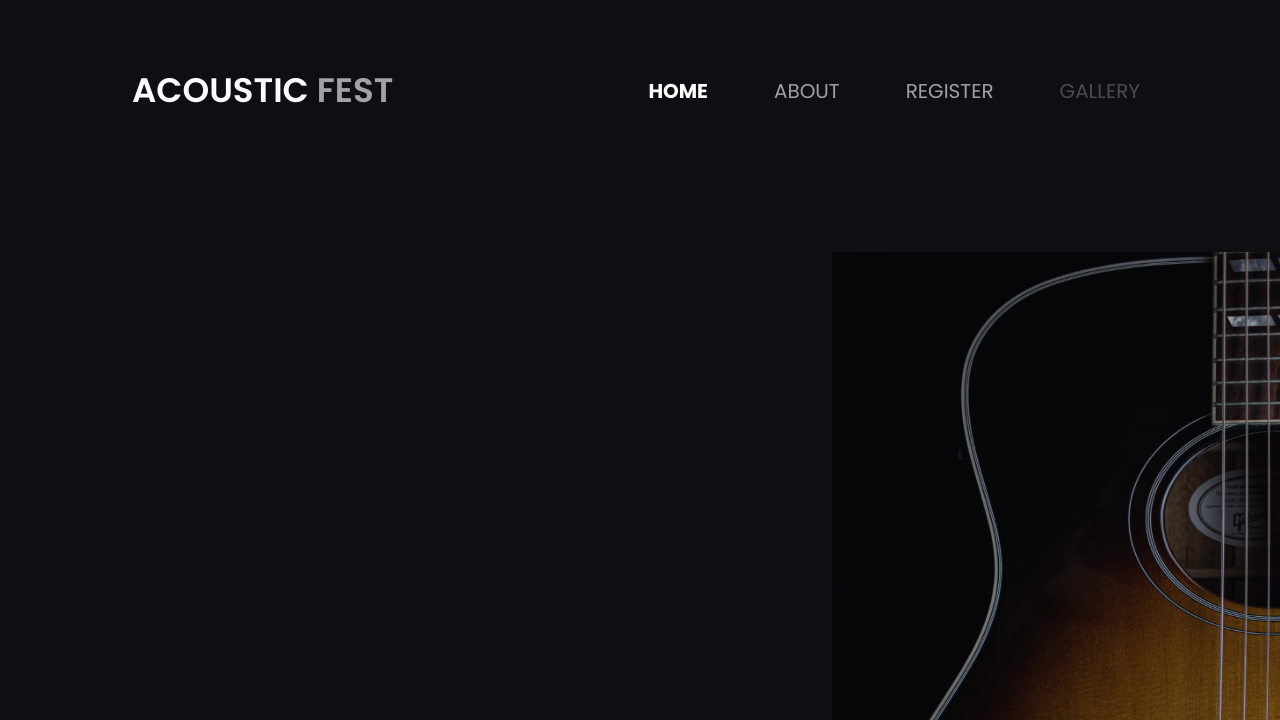
Repository: piyushiso/piyushiso.github.io
Page: event/acousticfest/index.html
The author's editor kept a copy of each file at every save. The page is drawn from the files as they stood at one save, then again after the next save.
The browser window is 1280 px wide. The pictures show the whole page.
Some web fonts or font styles are not loaded; a fallback is used.

Above is the page before, as saved 2022-05-14 03:19:52.

### event/acousticfest/index.html
<html lang="en">
<head>
    <meta charset="UTF-8">
    <meta http-equiv="X-UA-Compatible" content="IE=edge">
    <meta name="viewport" content="width=device-width, initial-scale=1.0">
    <link href="https://cdn.jsdelivr.net/npm/bootstrap@5.2.0-beta1/dist/css/bootstrap.min.css" rel="stylesheet" integrity="sha384-0evHe/X+R7YkIZDRvuzKMRqM+OrBnVFBL6DOitfPri4tjfHxaWutUpFmBp4vmVor" crossorigin="anonymous">
    <link rel="stylesheet" href="styles/style.css" type="text/css"/>
    <title>Acoustic Fest 2022</title>
</head>
<body>
    <nav class="navbar navbar-expand-lg fixed-top navbar-dark bg-dark">
        <div class="container-fluid">
          <a class="navbar-brand" href="#"><span class="primary">ACOUSTIC</span> FEST</a>
          <div class="d-flex">
            <button class="navbar-toggler" type="button" data-bs-toggle="collapse" data-bs-target="#navbarSupportedContent" aria-controls="navbarSupportedContent" aria-expanded="false" aria-label="Toggle navigation">
                <span class="navbar-toggler-icon"></span>
            </button>
            <div class="collapse navbar-collapse" id="navbarSupportedContent">
                <ul class="navbar-nav me-auto mb-2 mb-lg-0">
                    <li class="nav-item primary">
                        <a class="nav-link active" aria-current="page" href="#">HOME</a>
                    </li>
                    <li class="nav-item">
                        <a class="nav-link secondary" href="#">ABOUT</a>
                    </li>
                    <li class="nav-item">
                        <a class="nav-link secondary" href="#">REGISTER</a>
                    </li>
                    <li class="nav-item secondary">
                        <a class="nav-link disabled" href="#">GALLERY</a>
                    </li>
                </ul>
            </div>
          </div>
        </div>
    </nav>
    <div class="">
        <span>#AcousticFestHSM</span>
    </div>
    <script src="https://cdn.jsdelivr.net/npm/bootstrap@5.2.0-beta1/dist/js/bootstrap.bundle.min.js" integrity="sha384-pprn3073KE6tl6bjs2QrFaJGz5/SUsLqktiwsUTF55Jfv3qYSDhgCecCxMW52nD2" crossorigin="anonymous"></script>
</body>
</html>

### event/acousticfest/styles/style.css
@import url('https://fonts.googleapis.com/css2?family=Montserrat:wght@100&family=Poppins:wght@100;400;500;600;700&display=swap');
@import url('http://fonts.cdnfonts.com/css/choco-cookies');

:root {
    --bg: #0E0F13;
    --primary: #FAFCFD;
    --secondary: #A0A2A6;
    --main-font: 'Poppins', sans-serif;
    --secondary-font: 'Choco Cookies', sans-serif;
    --bold: 700;
    --semi-bold: 600;
    --medium: 500;
    --regular: 400;
    --t1: 64px;
    --t2: 60px;
    --t3: 38px;
    --t4: 34px;
    --t5: 30px;
    --t6: 24px;
    --t7: 20px;
    --padding-x: 120px;
    --padding-y: 60px;
    --padding-sub: 30px;
}

body{
    background: var(--bg);
    color: var(--primary);
    font-family: var(--main-font);
    font-weight: var(--medium);
    letter-spacing: 5% !important;
    background-image: url("../assets/images/background.png");
    background-repeat: no-repeat;
    background-attachment: fixed;
    background-position: bottom right;
    background-size: 35% 65%;
}

nav {
    background: var(--bg) !important;
    padding: var(--padding-y) var(--padding-x)!important;
}

.navbar-dark, .bg-dark{
    background: var(--bg) !important;
    color: var(--primary);
}

.navbar-brand{
    font-size: var(--t4);
    color: var(--secondary);
    font-weight: var(--semi-bold);
}

.nav-item a{
    font-size: var(--t7);
    font-weight: var(--regular);
}

.active{
    font-weight: var(--bold) !important;
}

.navbar ul li{
    padding-left: 50px;
}

.primary{
    color: var(--primary);
}

.secondary{
    color: var(--secondary);
}

After the next save:
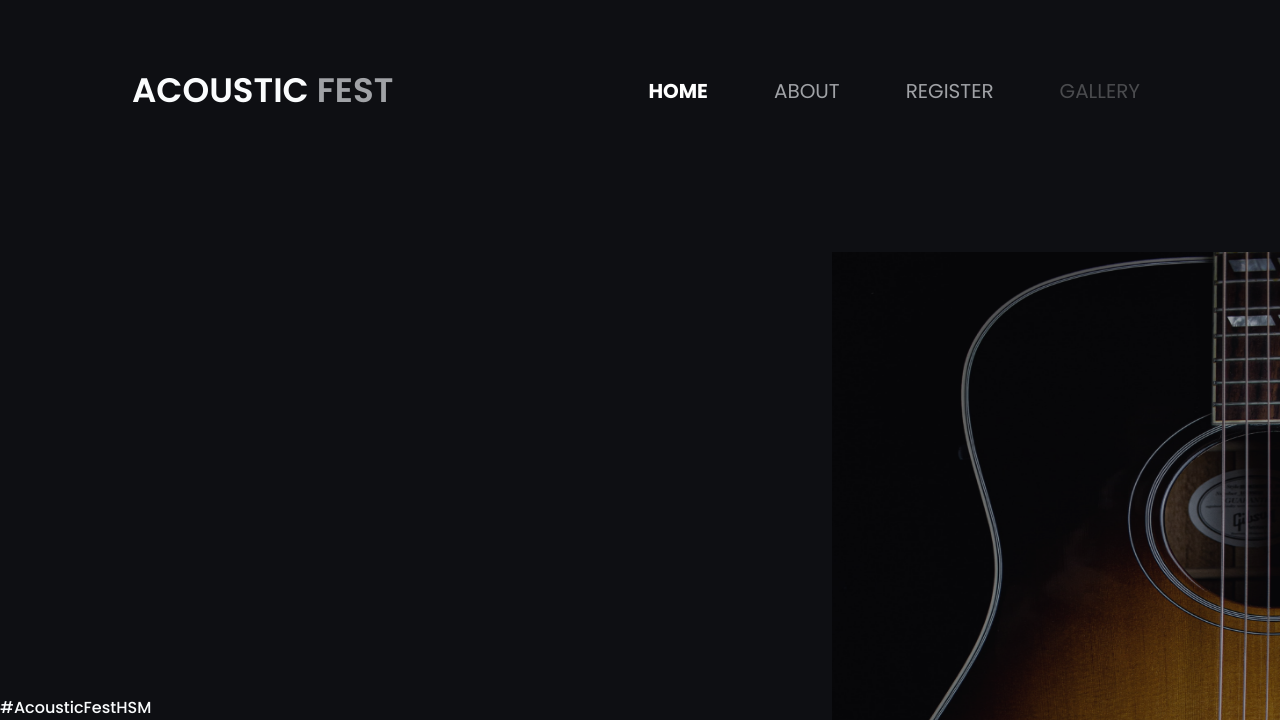
Saved 15 s later.
--- a/event/acousticfest/index.html
+++ b/event/acousticfest/index.html
@@ -34,7 +34,7 @@
           </div>
         </div>
     </nav>
-    <div class="">
+    <div class="fixed-bottom">
         <span>#AcousticFestHSM</span>
     </div>
     <script src="https://cdn.jsdelivr.net/npm/bootstrap@5.2.0-beta1/dist/js/bootstrap.bundle.min.js" integrity="sha384-pprn3073KE6tl6bjs2QrFaJGz5/SUsLqktiwsUTF55Jfv3qYSDhgCecCxMW52nD2" crossorigin="anonymous"></script>
